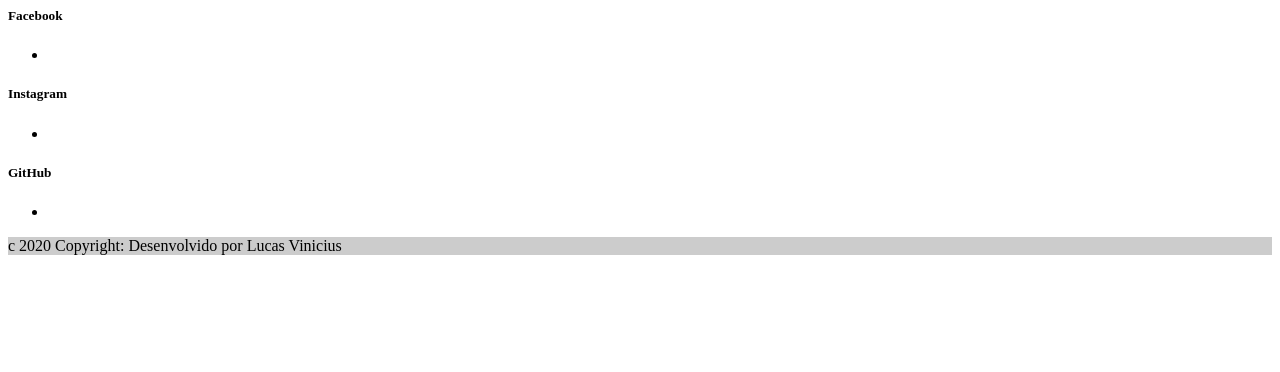
Repository: LucasV26/Projeto_TFT_3
Page: TFTbuilder/WebContent/Views/foot.html
The author's editor kept a copy of each file at every save. The page is drawn from the files as they stood at one save, then again after the next save.
The browser window is 1280 px wide. The pictures show the whole page.

Above is the page before, as saved 2021-01-24 04:55:10.

After the next save:
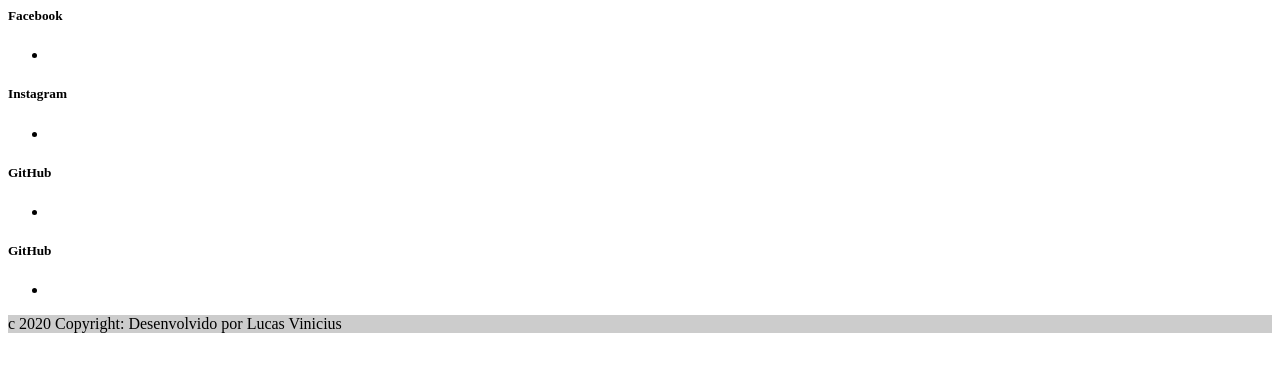
Saved 6 min 14 s later.
--- a/TFTbuilder/WebContent/Views/foot.html
+++ b/TFTbuilder/WebContent/Views/foot.html
@@ -44,6 +44,19 @@
 		        </ul>
 		      </div>
 		      <!--Grid column-->
+			   <!--Grid column-->
+		      <div class="col-lg-3 col-md-6 mb-4 mb-md-0">
+		        <h5 class="text-uppercase">GitHub</h5>
+
+		        <ul class="list-unstyled mb-0">
+		          <li>
+		            <a class="btn btn-primary" style="background-color: #0082ca" href="#!" role="button"
+				  	   ><i class="fab fa-linkedin-in"></i
+				    ></a>
+		          </li>
+		        </ul>
+		      </div>
+		      <!--Grid column-->
 		    </div>
 		    <!--Grid row-->
 		  </div>
